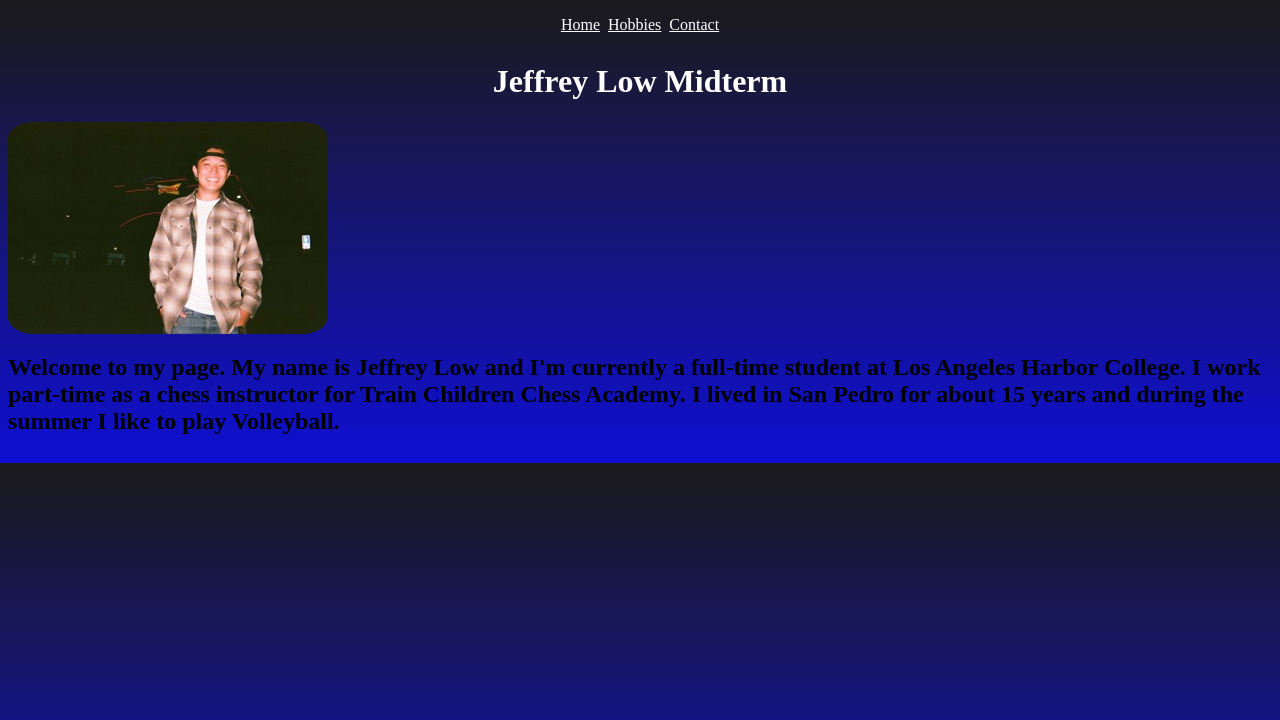
Repository: sebas6292/Jeff-Midterm
Page: home.html
An editor plug-in stored every save of this project. The page is shown before and after the next save, followed by the edit.
The browser window is 1280 px wide. The pictures show the whole page.

Above is the page before, as saved 2023-04-30 23:42:22.

### home.html
<!DOCTYPE html>
<html lang="en">
  <head>
    <title>Home</title>
    <meta charset="UTF-8" />
    <meta name="viewport" content="width=device-width" />
    <link rel="stylesheet" href="styles.css" />
  </head>
  <body>
    <nav>
      <a href="/home.html">Home</a>
      <a href="/hobby.html">Hobbies</a>
      <a href="/contact.html">Contact</a>
    </nav>
    <main>
      <h1>Jeffrey Low Midterm</h1>
      <!-- <section class="home-summary">
        <div>
        <img src="pics/Swag.jpeg">
        <h2>Welcome to my page. My name is Jeffrey Low and I'm currently a full-time student at Los Angeles Harbor College. I work part-time as a chess instructor for Train Children Chess Academy. I lived in San Pedro for about 15 years and during the summer I like to play Volleyball. </h2>
    </div>
      </section> -->

      <section class="contact-info" >
        <div>
            <img src="pics/Swag.jpeg"/>
            <h2>Welcome to my page. My name is Jeffrey Low and I'm currently a full-time student at Los Angeles Harbor College. I work part-time as a chess instructor for Train Children Chess Academy. I lived in San Pedro for about 15 years and during the summer I like to play Volleyball. </h2>
        </div>
      </section>
    </main>
  </body>
</html>

### styles.css
body {
  background: linear-gradient(rgb(27, 26, 26), rgb(15, 15, 210));
}

nav {
  display: flex;
  flex-wrap: wrap;
  align-items: center;
  justify-content: center;
  padding: 0.5rem;
  gap: 0.5rem;
}
nav, a, h1, p{
  color: white
}

.title {
  display: flex;
  justify-content: center;
}

/* .home-summary {
  display: flex;
  justify-content: center;
} */

/* hobbies */
.container {
  display: flex;
  flex-wrap: wrap;
  justify-content: center ;
}
.box-container {
  padding: 1rem;
}
.img-hobbies {
  border-radius: 10%;
}

h1, .contact-info, img {
  display: flex;
  justify-content: center;
  border-radius: 8%;
}

After the next save:
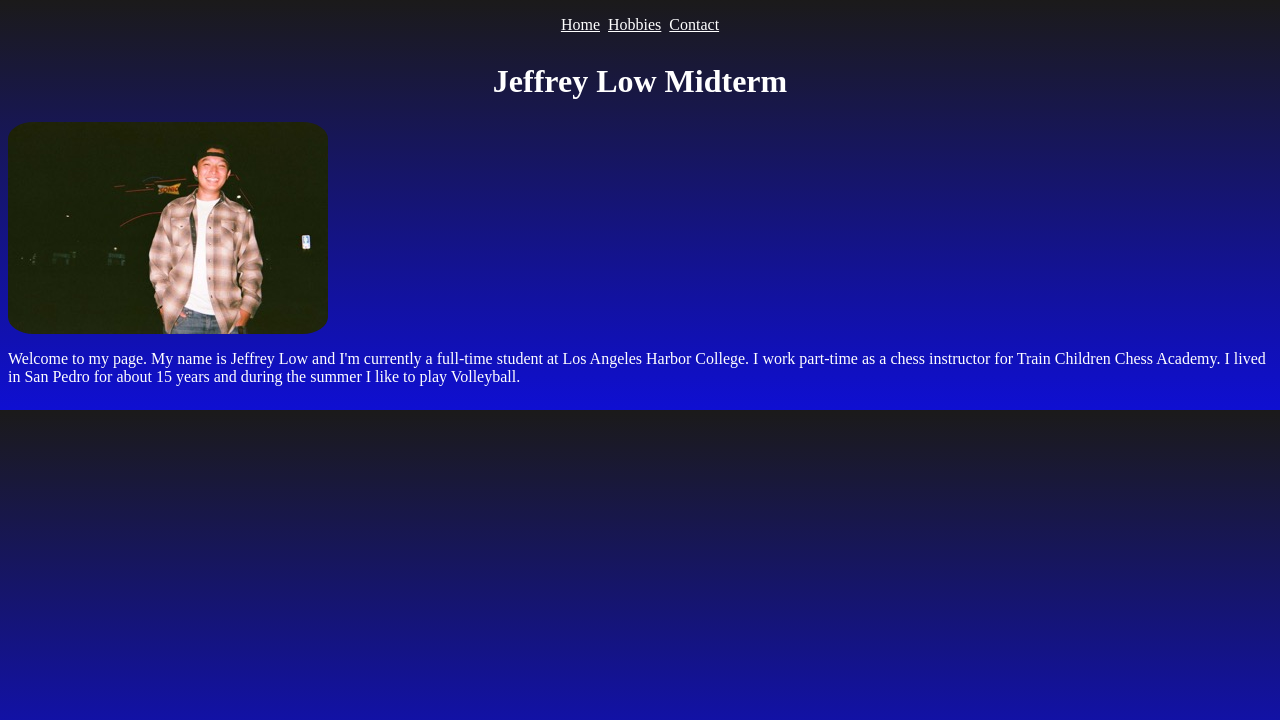
Saved 10 s later.
--- a/home.html
+++ b/home.html
@@ -24,7 +24,7 @@
       <section class="contact-info" >
         <div>
             <img src="pics/Swag.jpeg"/>
-            <h2>Welcome to my page. My name is Jeffrey Low and I'm currently a full-time student at Los Angeles Harbor College. I work part-time as a chess instructor for Train Children Chess Academy. I lived in San Pedro for about 15 years and during the summer I like to play Volleyball. </h2>
+            <p>Welcome to my page. My name is Jeffrey Low and I'm currently a full-time student at Los Angeles Harbor College. I work part-time as a chess instructor for Train Children Chess Academy. I lived in San Pedro for about 15 years and during the summer I like to play Volleyball. </p>
         </div>
       </section>
     </main>
